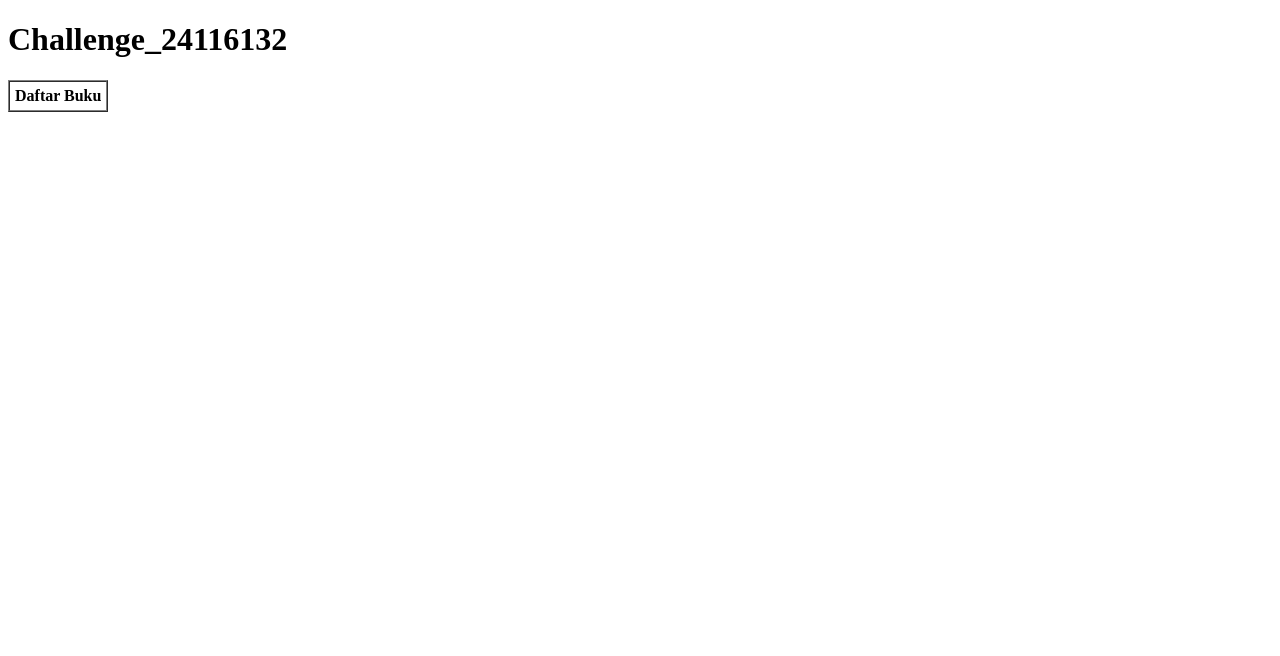
Repository: Abdsrya/Challenge_24116132
Page: Challenge_24116132.html
These files come from the project's save history. The page is drawn as it stood at one moment and after the next save; the edit follows.
The browser window is 1280 px wide. The pictures show the whole page.

Above is the page before, as saved 2026-04-20 09:46:23.

After the next save:
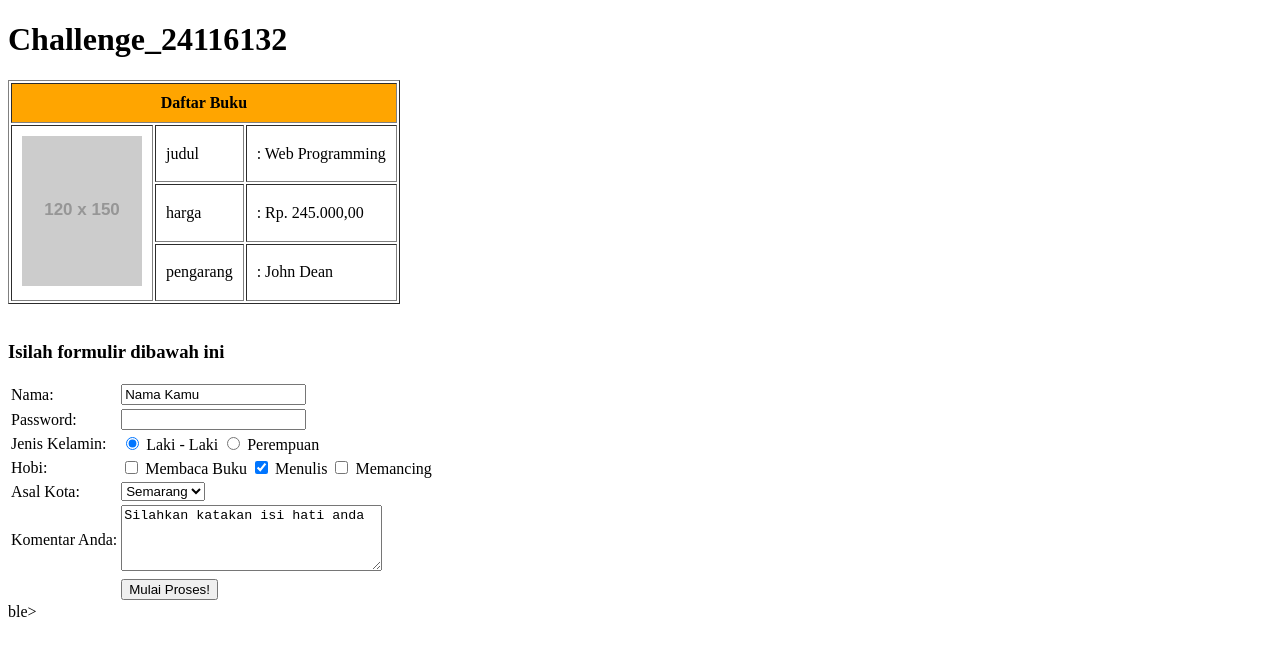
Saved 89 s later.
--- a/Challenge_24116132.html
+++ b/Challenge_24116132.html
@@ -7,10 +7,79 @@
 </head>
 <body>
     <h1><b>Challenge_24116132</b></h1>
-    <table border="1" cellspacing = "0" cellpadding = "5" >
-        <tr background-color="orange">
-            <th colspan = "3"> Daftar Buku</th>
-            </tr
-            </table>
+    <!-- Tabel Daftar Buku -->
+    <table border="1" cellpadding="10">
+        <tr bgcolor="orange">
+            <th colspan="3">Daftar Buku</th>
+        </tr>
+        <tr>
+            <td rowspan="3">
+                <img src="https://via.placeholder.com/120x150" alt="Buku">
+            </td>
+            <td>judul</td>
+            <td>: Web Programming</td>
+        </tr>
+        <tr>
+            <td>harga</td>
+            <td>: Rp. 245.000,00</td>
+        </tr>
+        <tr>
+            <td>pengarang</td>
+            <td>: John Dean</td>
+        </tr>
+    </table>
+
+    <br>
+
+    <!-- Form -->
+    <h3>Isilah formulir dibawah ini</h3>
+
+    <table>
+        <tr>
+            <td>Nama:</td>
+            <td><input type="text" value="Nama Kamu"></td>
+        </tr>
+        <tr>
+            <td>Password:</td>
+            <td><input type="password"></td>
+        </tr>
+        <tr>
+            <td>Jenis Kelamin:</td>
+            <td>
+                <input type="radio" name="jk" checked> Laki - Laki
+                <input type="radio" name="jk"> Perempuan
+            </td>
+        </tr>
+        <tr>
+            <td>Hobi:</td>
+            <td>
+                <input type="checkbox"> Membaca Buku
+                <input type="checkbox" checked> Menulis
+                <input type="checkbox"> Memancing
+            </td>
+        </tr>
+        <tr>
+            <td>Asal Kota:</td>
+            <td>
+                <select>
+                    <option>Semarang</option>
+                    <option>Jakarta</option>
+                    <option>Bandung</option>
+                </select>
+            </td>
+        </tr>
+        <tr>
+            <td>Komentar Anda:</td>
+            <td>
+                <textarea rows="4" cols="30">Silahkan katakan isi hati anda</textarea>
+            </td>
+        </tr>
+        <tr>
+            <td></td>
+            <td>
+                <button>Mulai Proses!</button>
+            </td>
+        </tr>
+    </table>ble>
 </body>
 </html>
